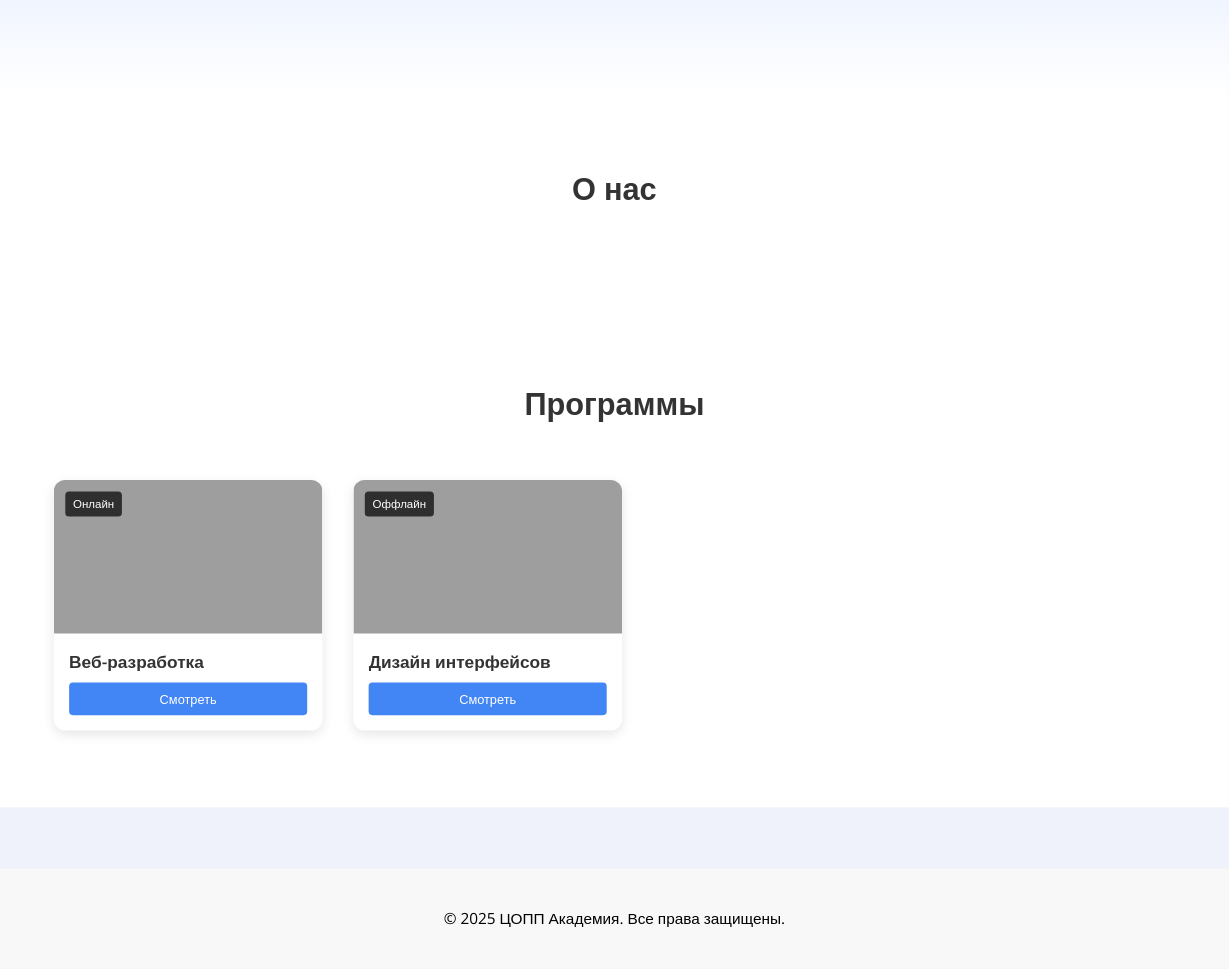
Repository: NikitaSevens/my-course
Page: /
The author's editor kept a copy of each file at every save. The page is drawn from the files as they stood at one save, then again after a run of saves.
The browser window is 1280 px wide. The pictures show the part of the page from y = 1000 to 2009 px (the page is 2009 px tall before and 1909 px after), at 96% of full size.
Pictures or frames that could not be fetched are drawn as grey boxes. The project was rebuilt for these pictures with package versions that can differ from the ones it lists, and the page was loaded fresh each time. Also part of the build but not shown: vite.config.ts, src/components/EnrollPopup/EnrollPopup.tsx, src/components/Header/ProtectedRoute.tsx, src/Pages/Dashboard/Dashboard.module.css, src/Pages/Dashboard/Dashboard.tsx, src/components/CreateCourse/CreateCourse.module.css, src/components/CreateCourse/CreateCourse.tsx, src/Pages/Dashboard/Create/Create.tsx and 6 more.

Above is the page before, as saved 2025-05-15 21:21:27.

After the next 3 saves:
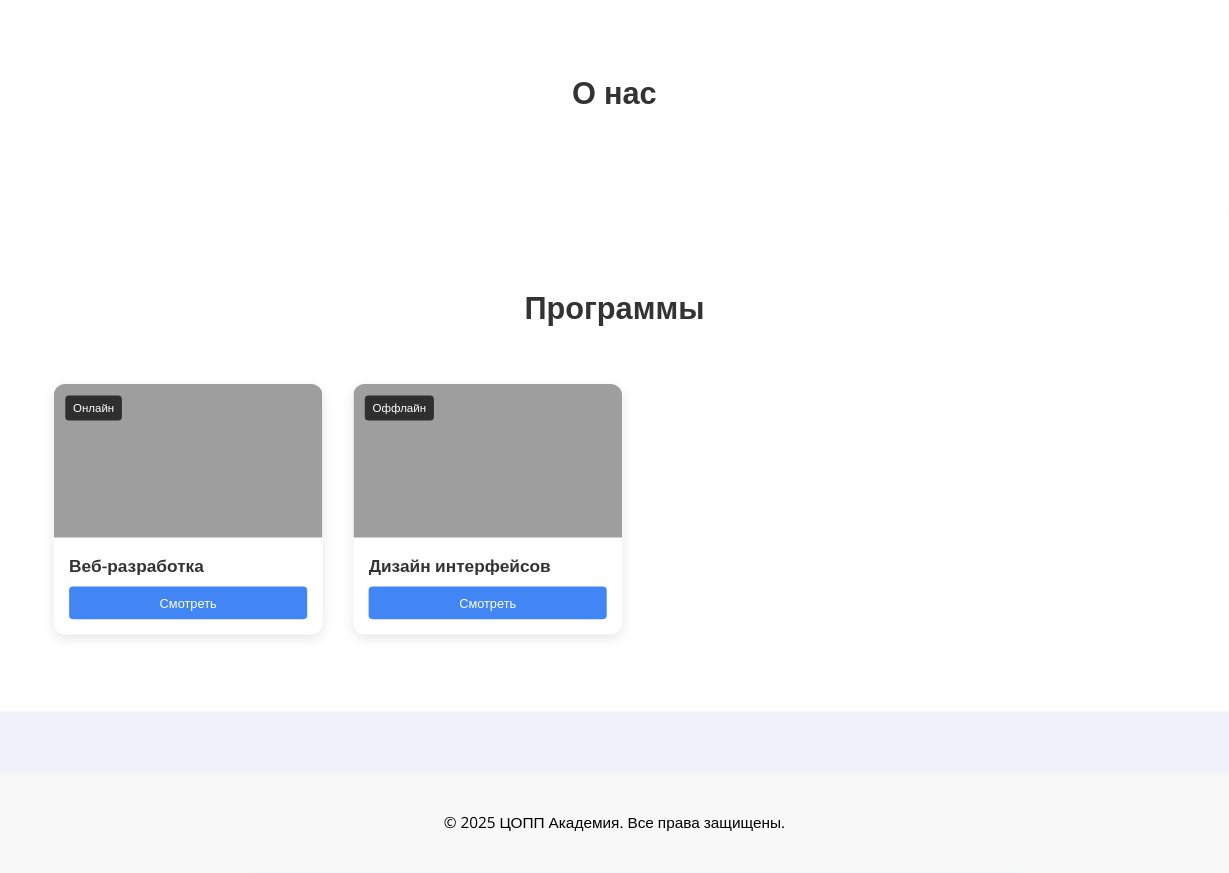
The 3 saves are shown as one change because they came seconds apart.
The last was saved 31 s later.
--- a/src/Pages/Home/Home.module.css
+++ b/src/Pages/Home/Home.module.css
@@ -132,7 +132,6 @@
 
 /* 3 block */
 .reasons {
-margin-bottom: 100px;
   display: flex;
   justify-content: space-around;
   flex-wrap: wrap;
